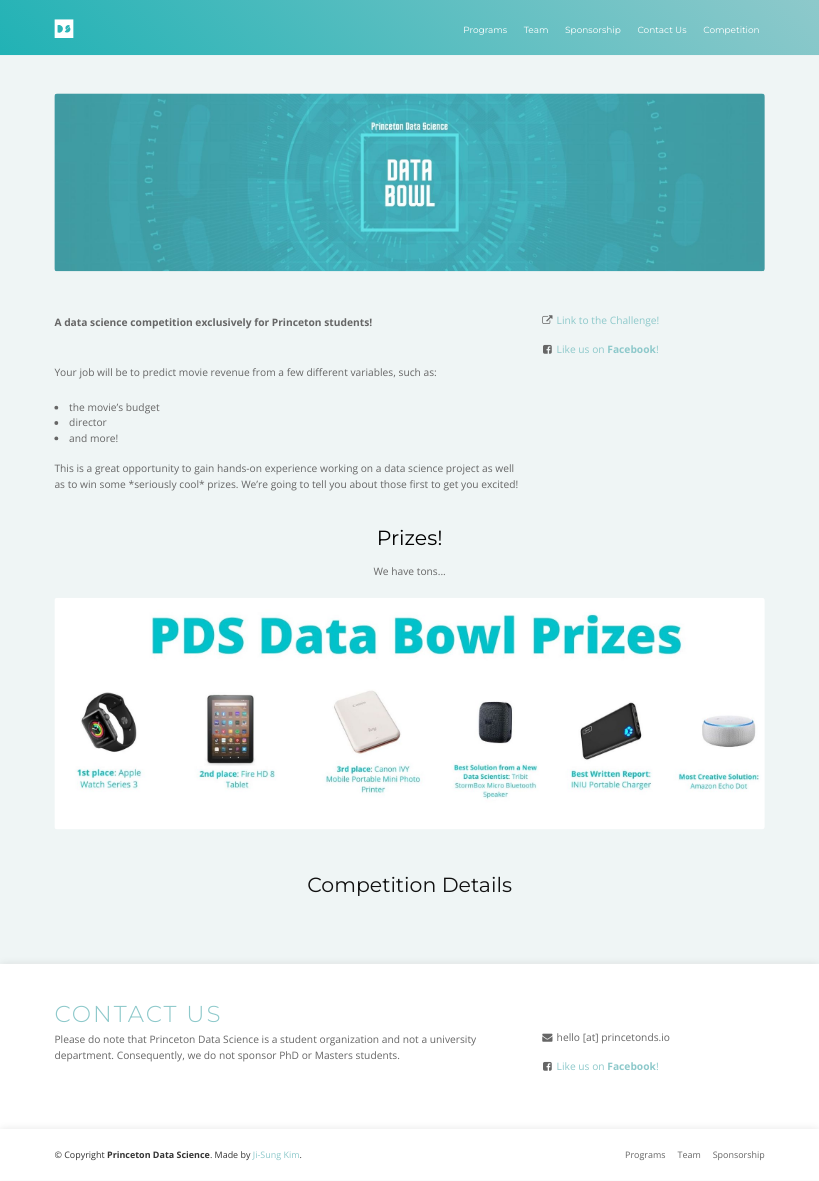
Repository: princetonds/princetonds.github.io
Page: team2.html
These files come from the project's save history. The page is drawn as it stood at one moment and after the next save; the edit follows.
The browser window is 1280 px wide. The pictures show the whole page, at 64% of full size.

Above is the page before, as saved 2021-03-20 22:41:29.
Console error: TypeError: Cannot read properties of null (reading 'innerHTML')

### team2.html
<!DOCTYPE html>
<html lang="en">
<head>
  <meta charset="utf-8">
  <title>Princeton Data Science (PDS)</title>
  <meta content="width=device-width, initial-scale=1.0" name="viewport">
  <meta content="" name="keywords">
  <meta content="" name="description">

  <!-- Favicons (created with http://realfavicongenerator.net/)-->
  <link rel="apple-touch-icon" sizes="180x180" href="/img/favicons/apple-touch-icon.png">
  <link rel="icon" type="image/png" href="/img/favicons/favicon-32x32.png" sizes="32x32">
  <link rel="icon" type="image/png" href="/img/favicons/favicon-16x16.png" sizes="16x16">
  <link rel="manifest" href="/img/favicons/manifest.json">
  <link rel="mask-icon" href="/img/favicons/safari-pinned-tab.svg" color="#49acad">
  <link rel="shortcut icon" href="/img/favicons/favicon.ico">
  <meta name="msapplication-config" content="/img/favicons/browserconfig.xml">
  <meta name="theme-color" content="#ffffff">

  <!-- Facebook Graph tags -->
  <meta property="og:url" content="https://princetonds.io" />
  <meta property="og:site_name" content="princetonds.io" />
  <meta property="og:title" content="Princeton Data Science (PDS)" />
  <meta name="og:description" content="Princeton Data Science (PDS) was founded in 2014-2015 to promote the practice and study of data science, a growing field that spans many disciplines such as statistics, machine learning, computer science, and business analytics." />
  <meta property="og:image" content="https://princetonds.io/img/500px_square_logo.png" />

  <!-- Google Fonts -->
  <link href="https://fonts.googleapis.com/css?family=Montserrat:300,400,500,700|Open+Sans:300,400,700" rel="stylesheet">

  <!-- Bootstrap CSS File -->
  <link href="lib/bootstrap/css/bootstrap.min.css" rel="stylesheet">

  <!-- Libraries CSS Files -->
  <link href="lib/animate/animate.min.css" rel="stylesheet">
  <link href="lib/font-awesome/css/font-awesome.min.css" rel="stylesheet">
  <link href="lib/magnific-popup/magnific-popup.css" rel="stylesheet">

  <!-- Main Stylesheet File -->
  <link href="css/style.css" rel="stylesheet">
  <link href="css/new.css" rel="stylesheet">
</head>

<body>

  <!--==========================
    Header
  ============================-->
  <header id="header">
    <div class="container">

      <div id="logo" class="pull-left">
        <h1><a href="#teamintro" class="scrollto"><img class="navbar-logo" src="img/inverted-logo.svg"></a></h1>
     </div>

      <nav id="nav-menu-container">
        <ul class="nav-menu">
          <li class="menu-active"><a href="https://princetonds.io">Programs</a></li>
          <li><a href="team.html">Team</a></li>
          <li><a href="media/sponsorship.pdf">Sponsorship</a></li>
          <li><a href="#contact">Contact Us</a></li>
          <li><a href="#team2.html">Competition</a></li>
        </ul>
      </nav><!-- #nav-menu-container -->
    </div>
  </header><!-- #header -->

  <!--==========================
    Intro Section
  ============================-->

  <!--==========================
    Intro Section
  ============================-->
  <section id="teamintro">
    <!-- <div class="team-intro-text">
      <h3>Our Team</h3>
    </div> -->
  </section>


  <!-- #intro -->


  <main id="main">


    <!--==========================
      Our Team Section
    ============================-->
    <section id="team" class="section-bg">
      <div class="container">
          <!-- <h3 class="section-title">Princeton Data Bowl</h3> -->
              <!-- <p style="text-align:center;">Enter team description here...</p> -->
              <div class="member3">
                <div class="pic"><img src="img/competition/logo.jpg" alt=""></div>
              </div>

          <!-- <span class="section-divider"></span> -->
        </div>
      </div>

    <!--==========================
      Contact Section
    ============================-->
      <div class="container">
        <br>
        <br>
        <div class="row wow fadeInUp">
          <div class="col-lg-8 col-md-6">
            <p><strong>A data science competition exclusively for Princeton students!</strong></p>
            <br>
            <p>
               Your job will be to predict movie revenue from a few different variables, such as: </p>
              <li> the movie’s budget </li>
              <li> director </li>
              <li> and more! </li>
              <br>
              <p>   This is a great opportunity to gain hands-on experience working on a data science project as well as to win some *seriously cool* prizes. We’re going to tell you about those first to get you excited!</p>
          </div>
          <div class="col-lg-4 col-md-6 links">
            <p><i class="fa fa-external-link fa-fw"></i>   <a href="https://eval.ai/web/challenges/challenge-page/871/overview">Link to the Challenge!</a>
            </p>
            <p><i class="fa fa-facebook-square fa-fw"></i> <a href="https://www.facebook.com/princetonds" class="facebook">Like us on <strong>Facebook</strong>!</a></p>
          </div>
        </div>
      </div>


    <div class="container">
      <div class="section-header">
        <!-- <h3 class="section-title">Princeton Data Bowl</h3> -->
            <br>
            <h2 style="text-align:center; color:black">Prizes!</h2>
            <p style="text-align:center;">We have tons...</p>
            <div class="member3">
              <div class="pic"><img src="img/competition/prizes.jpg" alt=""></div>
            </div>

        <!-- <span class="section-divider"></span> -->
      </div>
    </div>

<br>
<br>
    <div class="container">
      <div class="section-header">
        <h3 class="section-title">Competition Details</h3>
            <br>
        <!-- <span class="section-divider"></span> -->
      </div>
    </div>



    </section><!-- #team -->

    <!--==========================
      Contact Section
    ============================-->
    <section id="contact">
      <div class="container">
        <div class="row wow fadeInUp">
          <div class="contact-about">
            <div class="col-lg-12 col-md-12">
              <h3>Contact Us</h3>
            </div>
          </div>
        </div>

        <div class="row wow fadeInUp">
          <div class="col-lg-8 col-md-6">
            <p>Please do note that Princeton Data Science is a student organization and not a university department. Consequently, we do not sponsor PhD or Masters students.</p>
          </div>
          <div class="col-lg-4 col-md-6 links">
            <p><i class="fa fa-envelope fa-fw"></i> hello [at] princetonds.io</p>
            <p><i class="fa fa-facebook-square fa-fw"></i> <a href="https://www.facebook.com/princetonds" class="facebook">Like us on <strong>Facebook</strong>!</a></p>
          </div>
        </div>
      </div>
    </section><!-- #contact -->

  </main>

  <!--==========================
    Footer
  ============================-->
  <footer id="footer">
    <div class="container">
      <div class="row">
        <div class="col-lg-6 text-lg-left text-center">
          <div class="copyright">
            &copy; Copyright <strong>Princeton Data Science</strong>. Made by <a href="https://jisungkim.com">Ji-Sung Kim</a>.
          </div>
          <div class="credits">
          </div>
        </div>
        <div class="col-lg-6">
          <nav class="footer-links text-lg-right text-center pt-2 pt-lg-0">
            <a href="#programs" class="scrollto">Programs</a>
            <a href="#team" class="scrollto">Team</a>
            <a href="media/sponsorship.pdf">Sponsorship</a>
          </nav>
        </div>
      </div>
    </div>
  </footer><!-- #footer -->

  <a href="#" class="back-to-top"><i class="fa fa-chevron-up"></i></a>

  <!-- JavaScript Libraries -->
  <script src="lib/jquery/jquery.min.js"></script>
  <script src="lib/jquery/jquery-migrate.min.js"></script>
  <script src="lib/bootstrap/js/bootstrap.bundle.min.js"></script>
  <script src="lib/easing/easing.min.js"></script>
  <script src="lib/wow/wow.min.js"></script>
  <script src="lib/superfish/hoverIntent.js"></script>
  <script src="lib/superfish/superfish.min.js"></script>
  <script src="lib/magnific-popup/magnific-popup.min.js"></script>

  <!-- Template Main Javascript File -->
  <script src="js/main.js"></script>
  <script src="js/typewriter.js"></script>

</body>
</html>

### css/new.css
.program {
    padding: 40px;
}

.program h3 {
    color: black;
    font-weight: 700;
    font-family: "Open Sans";
}

.section {
    padding-top: 100px;
}


#programs {
    padding: 60px 0;
}

#clients {
    padding: 60px 0;
}

.sponsor-title {
    padding-bottom: 15px;
}

.profile-description {
    font-size: 14px;
}

.arjun {
    font-size: 15px !important;
    line-height: 22px;
}

.links p {
    line-height: 12px;
}

.presidents {
    color: #999999;
    font-size: 16px;
}

Loaded but not shown: lib/bootstrap/css/bootstrap.min.css (library); lib/animate/animate.min.css (library); lib/font-awesome/css/font-awesome.min.css (library); lib/magnific-popup/magnific-popup.css (library); lib/jquery/jquery.min.js (library); lib/jquery/jquery-migrate.min.js (library); lib/bootstrap/js/bootstrap.bundle.min.js (library); lib/easing/easing.min.js (common file); lib/wow/wow.min.js (library); lib/superfish/hoverIntent.js (library); lib/superfish/superfish.min.js (library); lib/magnific-popup/magnific-popup.min.js (library); js/main.js (125 lines, source omitted); js/typewriter.js (28 lines, source omitted); css/style.css (1350 lines, source omitted)

After the next save:
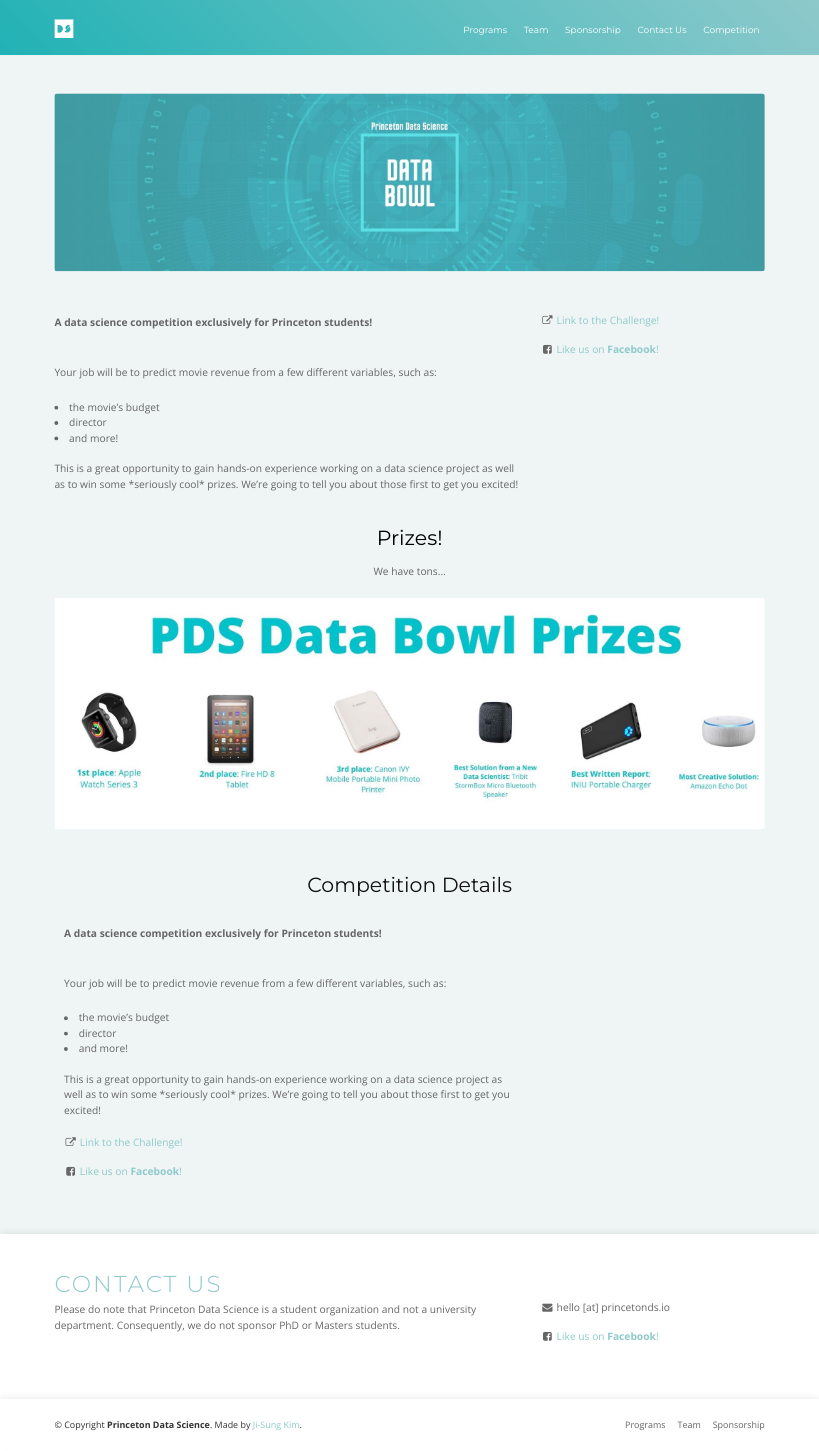
Saved 69 s later.
--- a/team2.html
+++ b/team2.html
@@ -146,6 +146,23 @@
       <div class="section-header">
         <h3 class="section-title">Competition Details</h3>
             <br>
+            <div class="col-lg-8 col-md-6">
+              <p><strong>A data science competition exclusively for Princeton students!</strong></p>
+              <br>
+              <p>
+                 Your job will be to predict movie revenue from a few different variables, such as: </p>
+                <li> the movie’s budget </li>
+                <li> director </li>
+                <li> and more! </li>
+                <br>
+                <p>   This is a great opportunity to gain hands-on experience working on a data science project as well as to win some *seriously cool* prizes. We’re going to tell you about those first to get you excited!</p>
+            </div>
+            <div class="col-lg-4 col-md-6 links">
+              <p><i class="fa fa-external-link fa-fw"></i>   <a href="https://eval.ai/web/challenges/challenge-page/871/overview">Link to the Challenge!</a>
+              </p>
+              <p><i class="fa fa-facebook-square fa-fw"></i> <a href="https://www.facebook.com/princetonds" class="facebook">Like us on <strong>Facebook</strong>!</a></p>
+            </div>
+
         <!-- <span class="section-divider"></span> -->
       </div>
     </div>

After the save that followed:
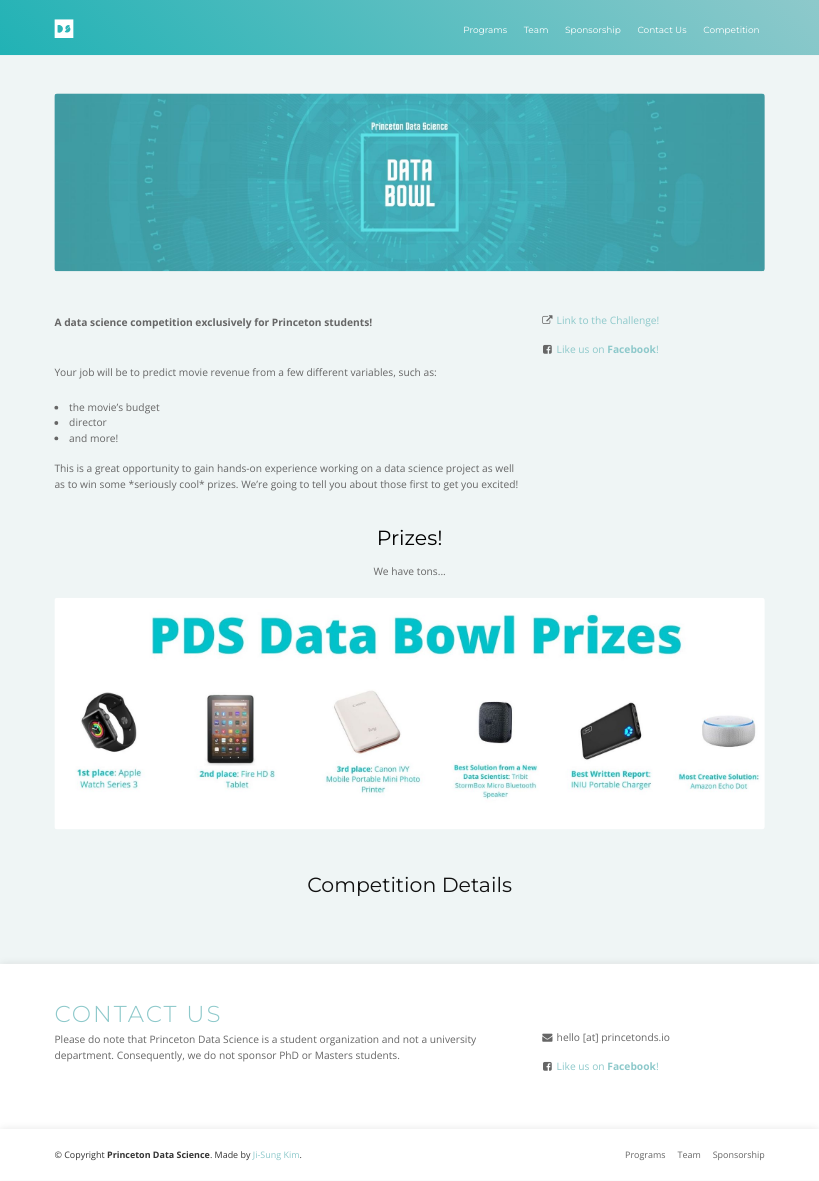
Saved 15 s later.
--- a/team2.html
+++ b/team2.html
@@ -146,22 +146,6 @@
       <div class="section-header">
         <h3 class="section-title">Competition Details</h3>
             <br>
-            <div class="col-lg-8 col-md-6">
-              <p><strong>A data science competition exclusively for Princeton students!</strong></p>
-              <br>
-              <p>
-                 Your job will be to predict movie revenue from a few different variables, such as: </p>
-                <li> the movie’s budget </li>
-                <li> director </li>
-                <li> and more! </li>
-                <br>
-                <p>   This is a great opportunity to gain hands-on experience working on a data science project as well as to win some *seriously cool* prizes. We’re going to tell you about those first to get you excited!</p>
-            </div>
-            <div class="col-lg-4 col-md-6 links">
-              <p><i class="fa fa-external-link fa-fw"></i>   <a href="https://eval.ai/web/challenges/challenge-page/871/overview">Link to the Challenge!</a>
-              </p>
-              <p><i class="fa fa-facebook-square fa-fw"></i> <a href="https://www.facebook.com/princetonds" class="facebook">Like us on <strong>Facebook</strong>!</a></p>
-            </div>
 
         <!-- <span class="section-divider"></span> -->
       </div>
